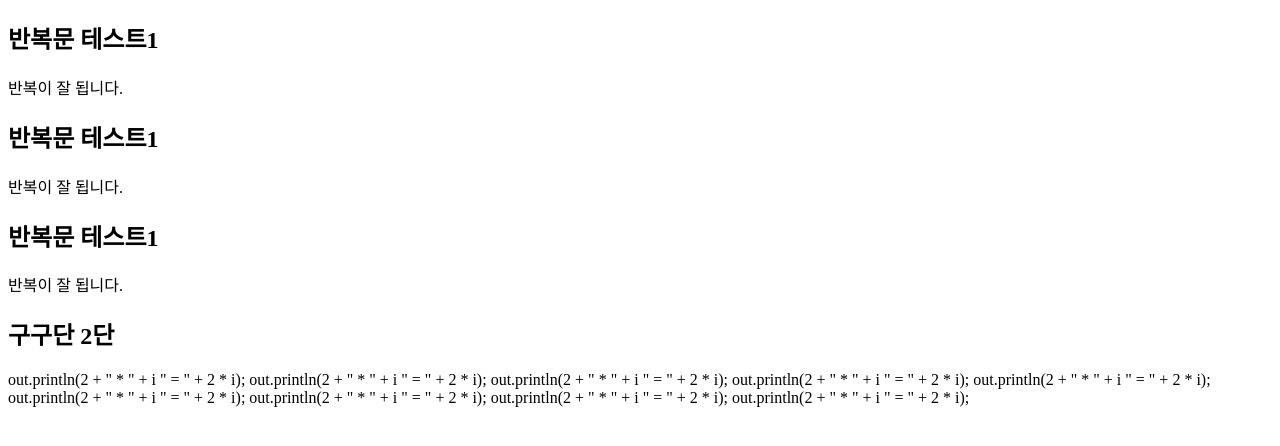
Repository: markahn02050/jsp_practice
Page: http://localhost/JSPBasic/JspTag/NewFile.jsp
The author's editor kept a copy of each file at every save. The page is drawn from the files as they stood at one save, then again after the next save.
The browser window is 1280 px wide. The pictures show the whole page.
The page is served by Tomcat 9.

Above is the page before, as saved 2022-01-28 02:33:10.

### JSPBasic/src/main/webapp/JspTag/NewFile.jsp
<%@ page language="java" contentType="text/html; charset=UTF-8"
    pageEncoding="UTF-8"%>
<!DOCTYPE html>
<html>
<head>
<meta charset="UTF-8">
<title>Insert title here</title>
</head>
<body>
	<!--  스크립트릿 내부에는 자바 코드를 작성할 수 있으며
	이 코드를 반영해 페이지가 구성됩니다. -->
	<% for(int i = 0; i < 3; i++){ %>
		<h2>반복문 테스트1</h2>
		<p>
			반복이 잘 됩니다.
		</p>
	<% } %>

	<!--  하단에 구구단 코드를 작성해주세요.
	System.out.println() 이 괄호 내 구문을 콘솔에 찍히게 해줬다면
	out.println()은 html화면에 괄호 내 구문을 콘솔에 찍히게 해줍니다-->
	<h2>구구단 2단</h2>
	<% for(int i = 1; i <= 9; i++){ %>

		out.println(2 + " * " + i " = " + 2 * i);

	<% } %>

</body>
</html>

After the next save:
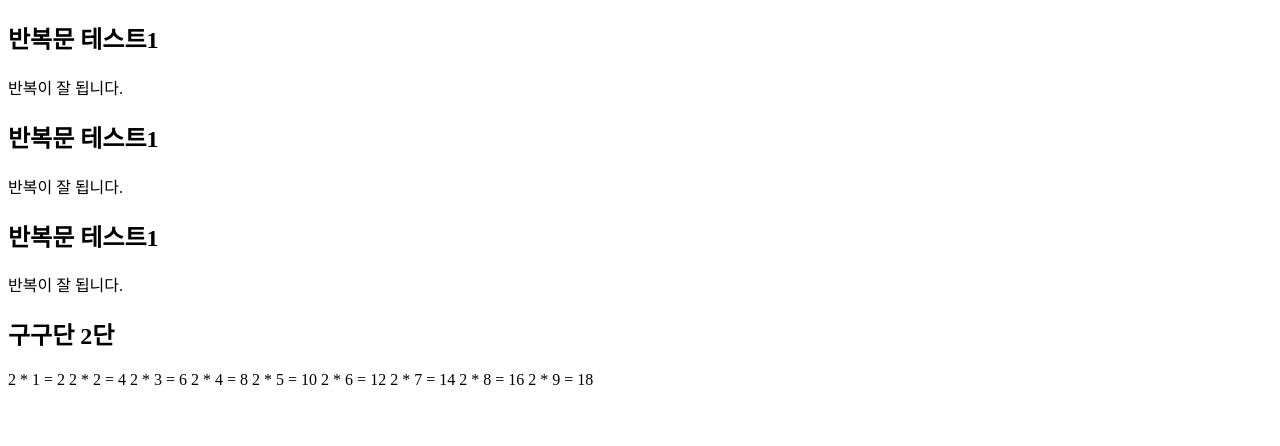
Saved 35 s later.
--- a/JSPBasic/src/main/webapp/JspTag/NewFile.jsp
+++ b/JSPBasic/src/main/webapp/JspTag/NewFile.jsp
@@ -22,7 +22,7 @@
 	<h2>구구단 2단</h2>
 	<% for(int i = 1; i <= 9; i++){ %>
 
-		out.println(2 + " * " + i " = " + 2 * i);
+		<% out.println(2 + " * " + i + " = " + 2 * i); %>
 
 	<% } %>
 
